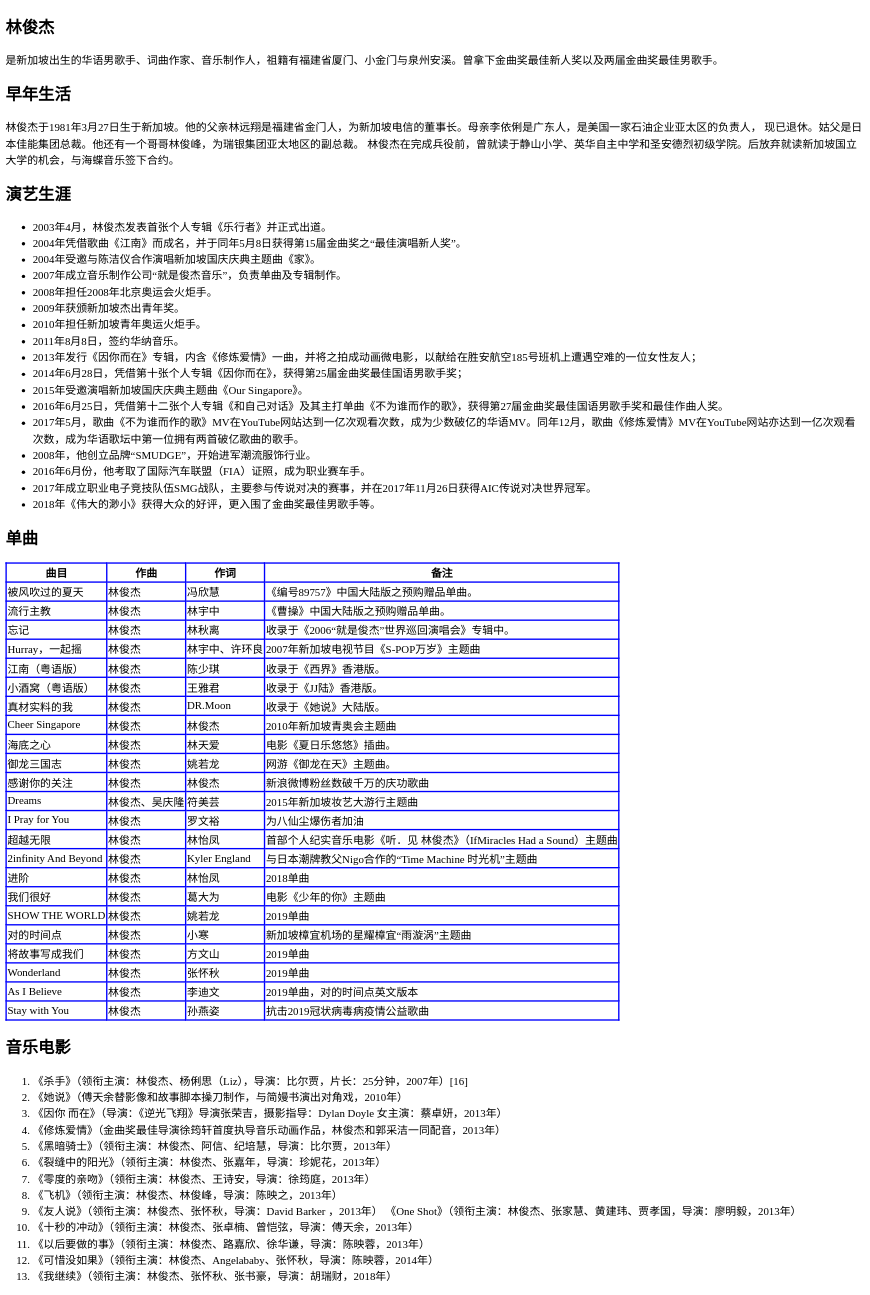
Repository: chenguocan/html_work
Page: html_work.html
The author's editor kept a copy of each file at every save. The page is drawn from the files as they stood at one save, then again after the next save.
The browser window is 1280 px wide. The pictures show the whole page, at 68% of full size.

Above is the page before, as saved 2020-06-26 10:17:10.

After the next save:
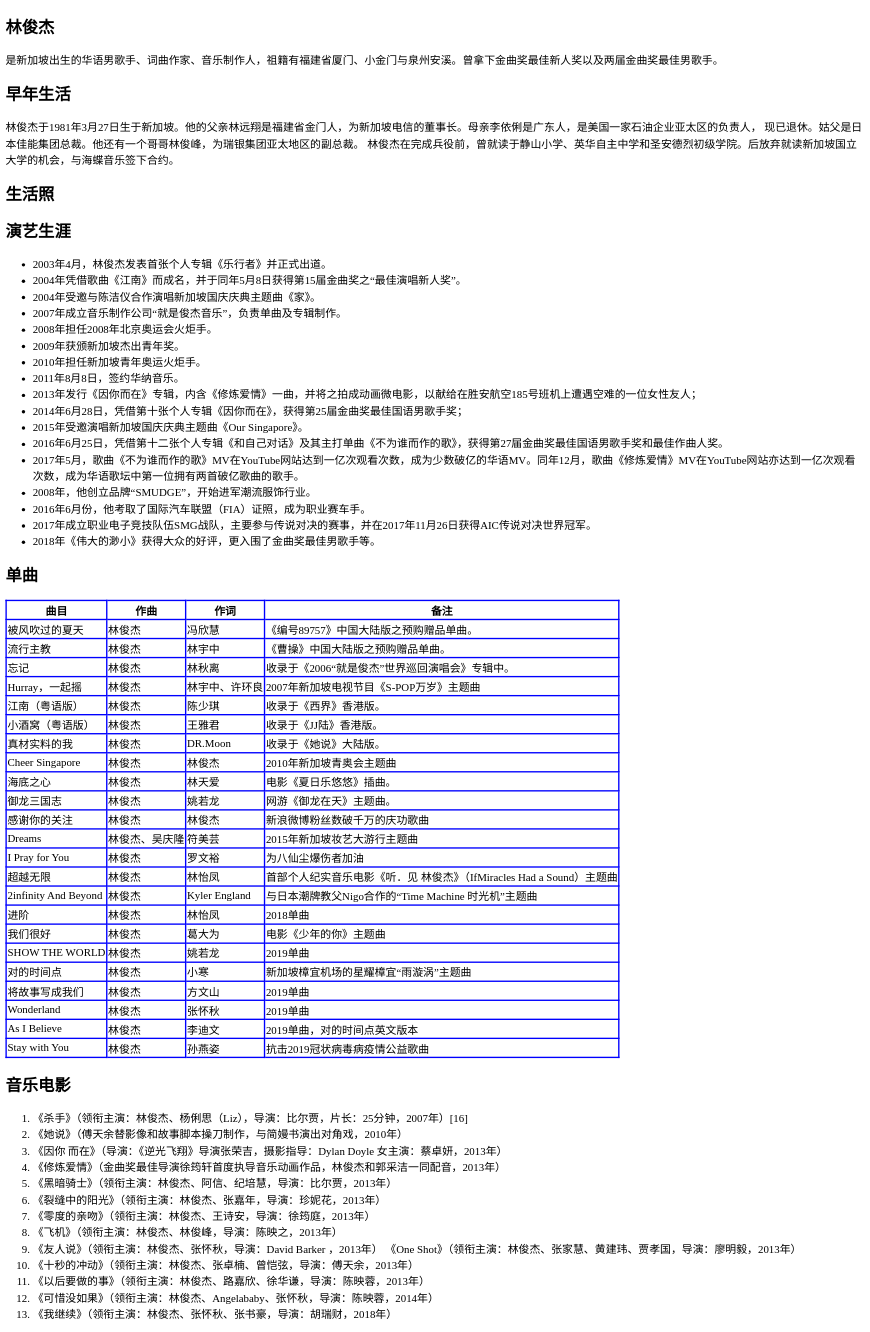
Saved 14 s later.
--- a/html_work.html
+++ b/html_work.html
@@ -31,6 +31,7 @@
         现已退休。姑父是日本佳能集团总裁。他还有一个哥哥林俊峰，为瑞银集团亚太地区的副总裁。
         林俊杰在完成兵役前，曾就读于静山小学、英华自主中学和圣安德烈初级学院。后放弃就读新加坡国立大学的机会，与海蝶音乐签下合约。
       </p>
+      <h2>生活照</h2>
       <h2>演艺生涯</h2>
       <ul>
         <li>2003年4月，林俊杰发表首张个人专辑《乐行者》并正式出道。</li>
